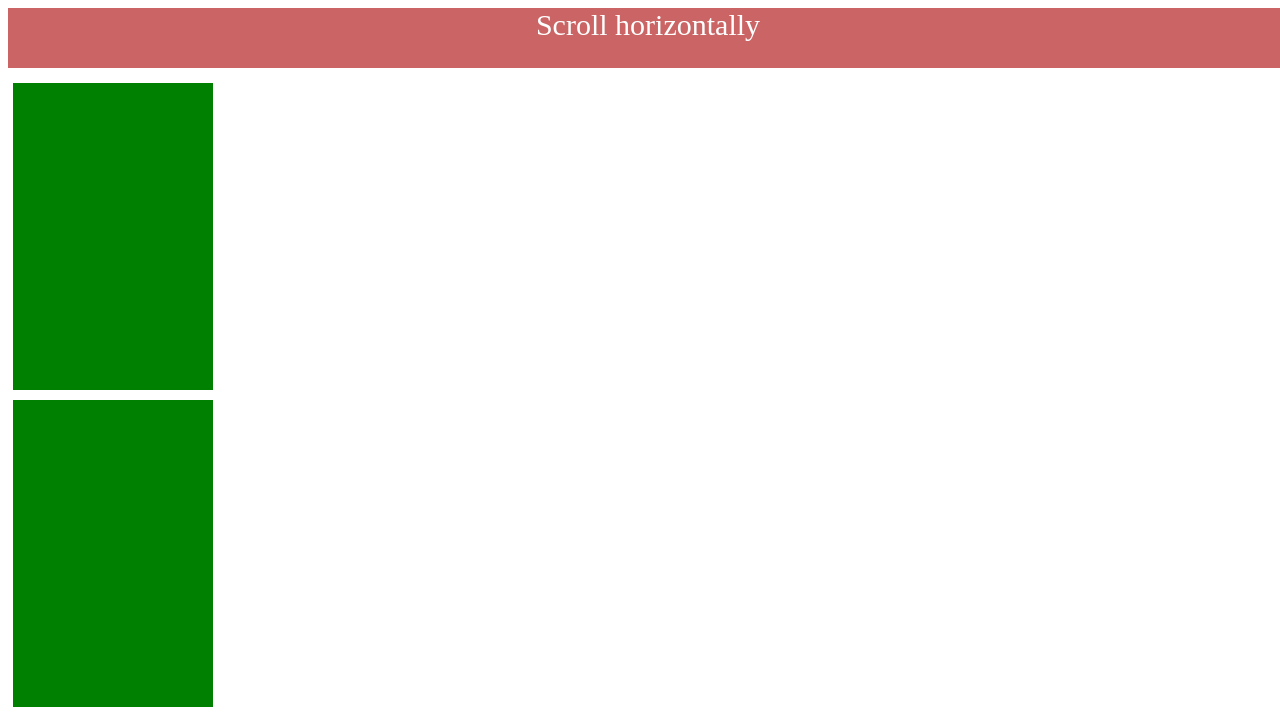
Repository: Sarah7223/internet-programming-tp
Page: TP1/ex11.html
An editor plug-in stored every save of this project. The page is shown before and after the next save, followed by the edit.
The browser window is 1280 px wide. The pictures show the whole page.

Above is the page before, as saved 2022-12-26 16:30:57.

After the next save:
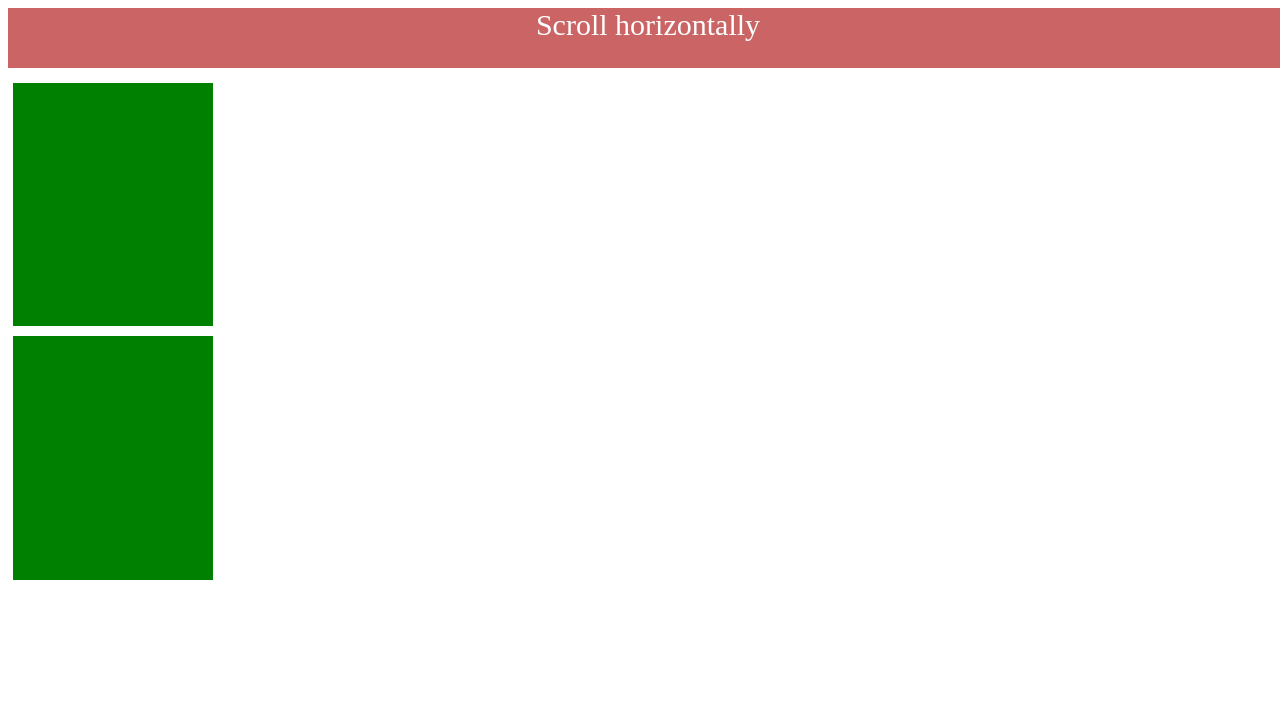
Saved 13 s later.
--- a/TP1/ex11.html
+++ b/TP1/ex11.html
@@ -20,7 +20,7 @@
             }
             .content{
                 display: grid;
-                grid-template-rows: 50% 50%;
+                grid-template-rows: 40% 40%;
                 grid-template-columns: auto;
                 top:70px;
                 position: relative;
